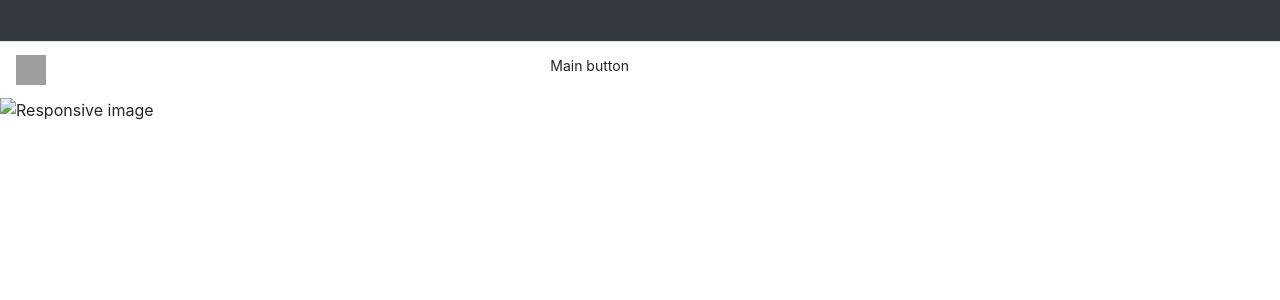
Repository: Alaa-OmarAlshobaki/portfolio
Page: index.html
The author's editor kept a copy of each file at every save. The page is drawn from the files as they stood at one save, then again after the next save.
The browser window is 1280 px wide. The pictures show the whole page.
Pictures or frames that could not be fetched are drawn as grey boxes. Some web fonts or font styles are not loaded; a fallback is used.

Above is the page before, as saved 2020-03-12 00:12:09.

After the next save:
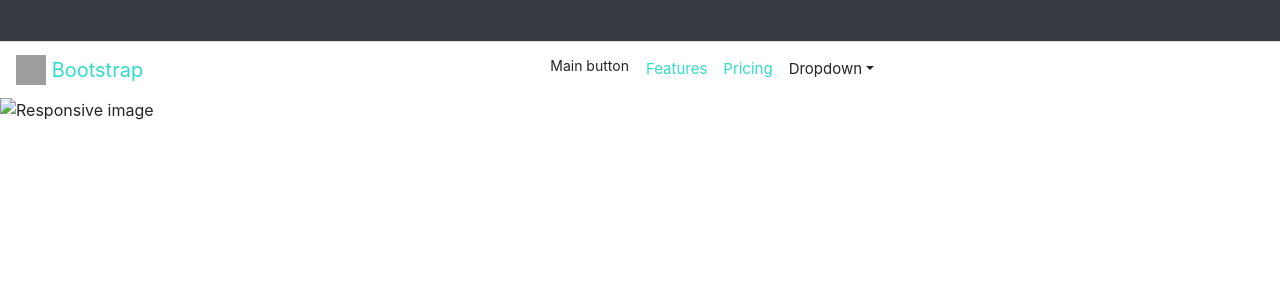
Saved 9 s later.
--- a/index.html
+++ b/index.html
@@ -51,7 +51,7 @@
 <!-- start section header -->
 <section>
    <!--Navbar-->
-   <nav class="navbar navbar-expand-lg navbar-dark  bg-white">
+   <nav class="navbar navbar-expand-lg  bg-white">
     <a class="navbar-brand" href="#">
       <img src="/assets/brand/bootstrap-solid.svg" width="30" height="30" class="d-inline-block align-top" alt="">
       Bootstrap
